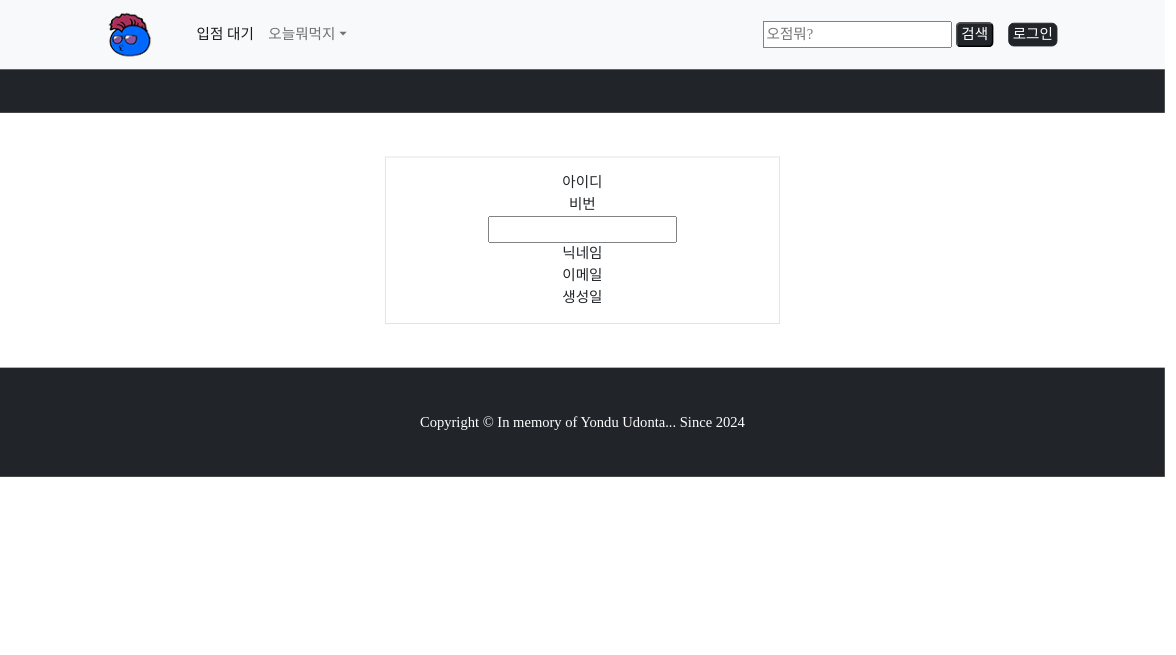
Repository: ashwan94/ydzone
Page: http://localhost/YonduZone/user/view
An editor plug-in stored every save of this project. The page is shown before and after the next save, followed by the edit.
The browser window is 1280 px wide. The page is 1292 px wide, so the pictures cover 1292 px, including what lies to the right of the window. The pictures show the whole page, at 91% of full size.
Some web fonts or font styles are not loaded; a fallback is used. The page is served by Tomcat 9.

Above is the page before, as saved 2024-04-28 11:36:07.

After the next save:
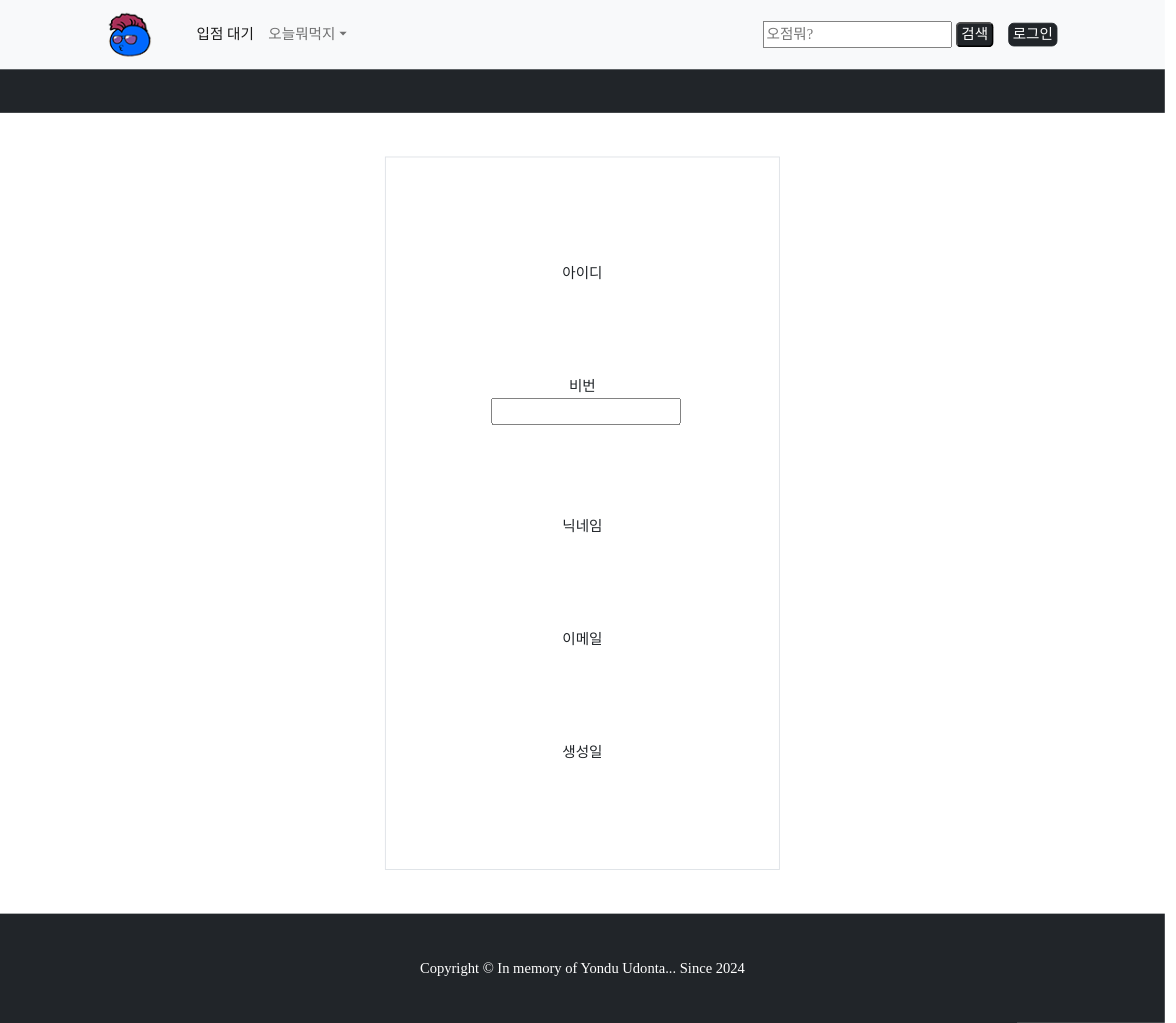
Saved 37 s later.
--- a/YonduZone/src/main/webapp/WEB-INF/views/user/view.jsp
+++ b/YonduZone/src/main/webapp/WEB-INF/views/user/view.jsp
@@ -4,11 +4,16 @@
 <jsp:include page="/WEB-INF/views/common/header.jsp">
 	<jsp:param value="마이페이지" name="title" />
 </jsp:include>
+<style>
+	.userInfo div{
+		margin:100px;
+	}
+</style>
 
 <c:set var="user" value="${userInfo }" />
 <div class="row my-5">
 	<div class="col-4"></div>
-	<div class="col-4 text-center border p-3">
+	<div class="col-4 text-center border p-3 userInfo">
 		<div>아이디 <br> ${user.id }</div>
 		<div>
 			비번 <br> <input type="password" value="${user.pw }">
